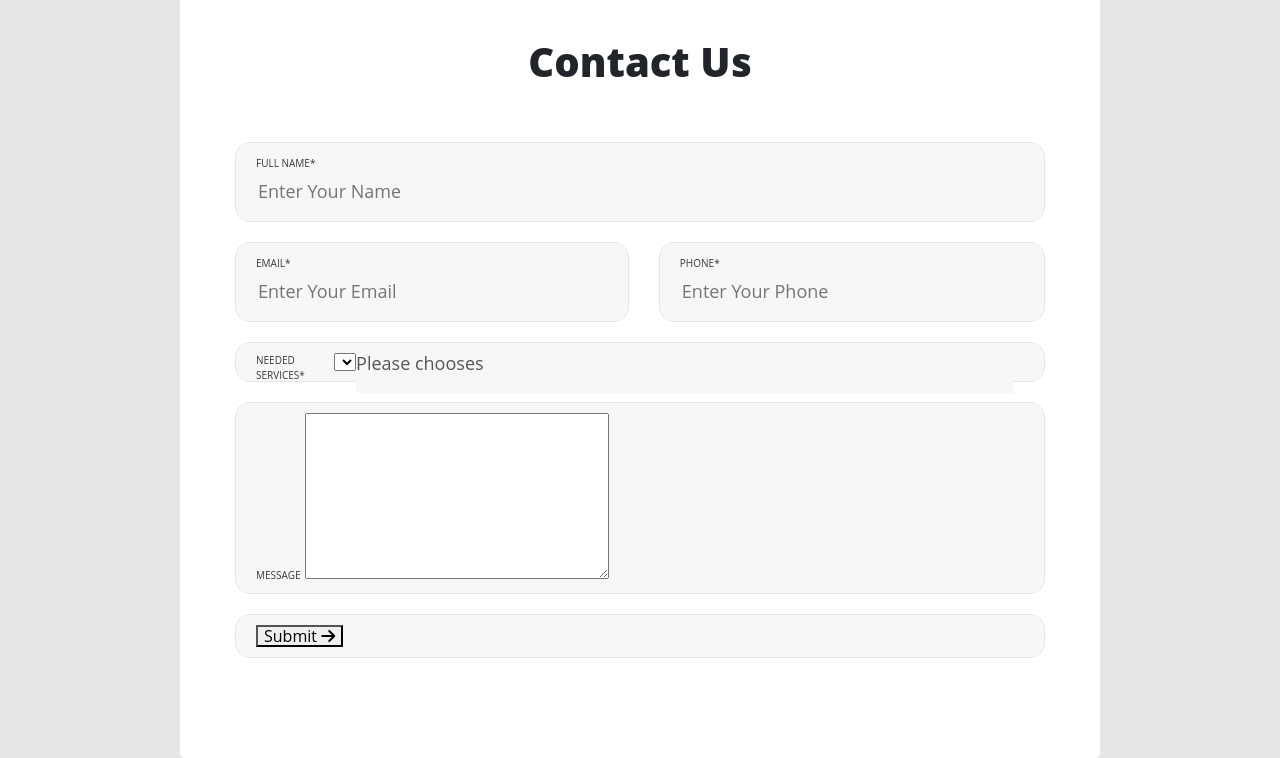
Repository: letrongtinh27/LapTrinhWeb
Page: form-contact/index.html
The author's editor kept a copy of each file at every save. The page is drawn from the files as they stood at one save, then again after the next save.
The browser window is 1280 px wide. The pictures show the whole page.

Above is the page before, as saved 2022-10-09 12:34:35.

After the next save:
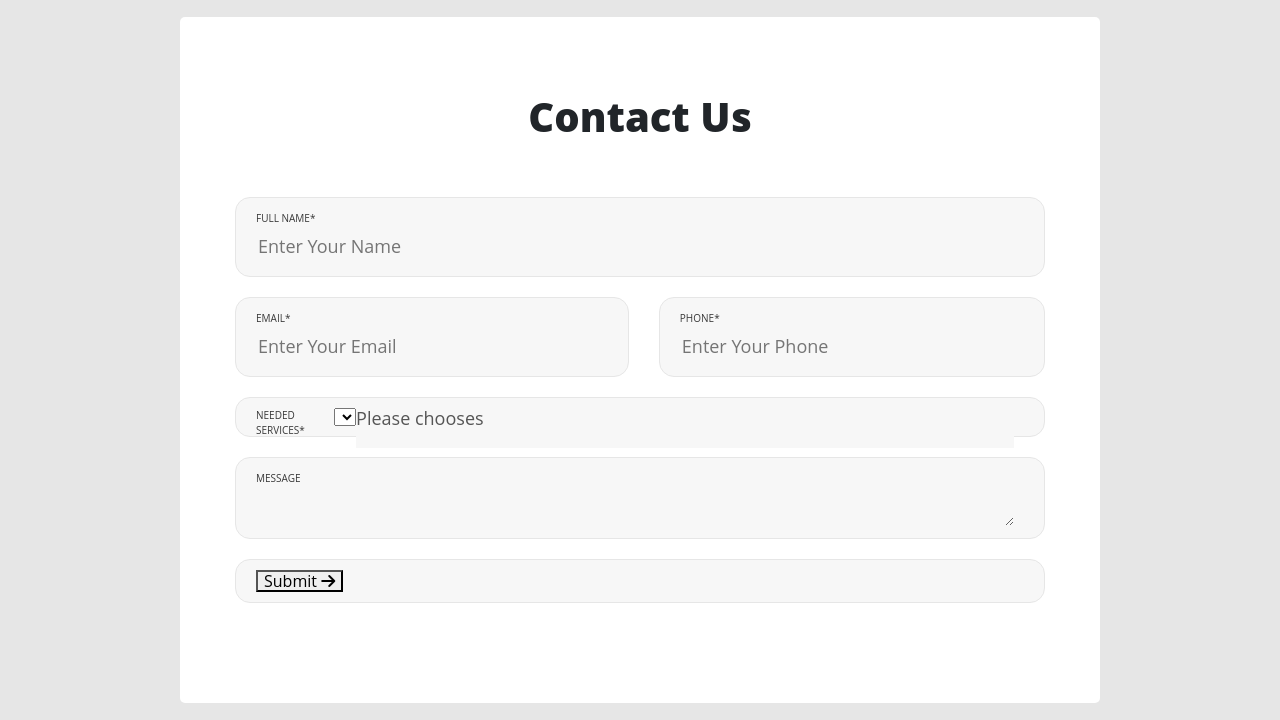
Saved 38 s later.
--- a/form-contact/style.css
+++ b/form-contact/style.css
@@ -59,7 +59,7 @@ body {
  .alpha {
     width: calc((100%-30px)/2);
 }
-.form-input, p{
+.form-input, p, .text-area{
     font-family: 'Open Sans',sans-serif;
     color: #555555;
     background-color: #f7f7f7;
